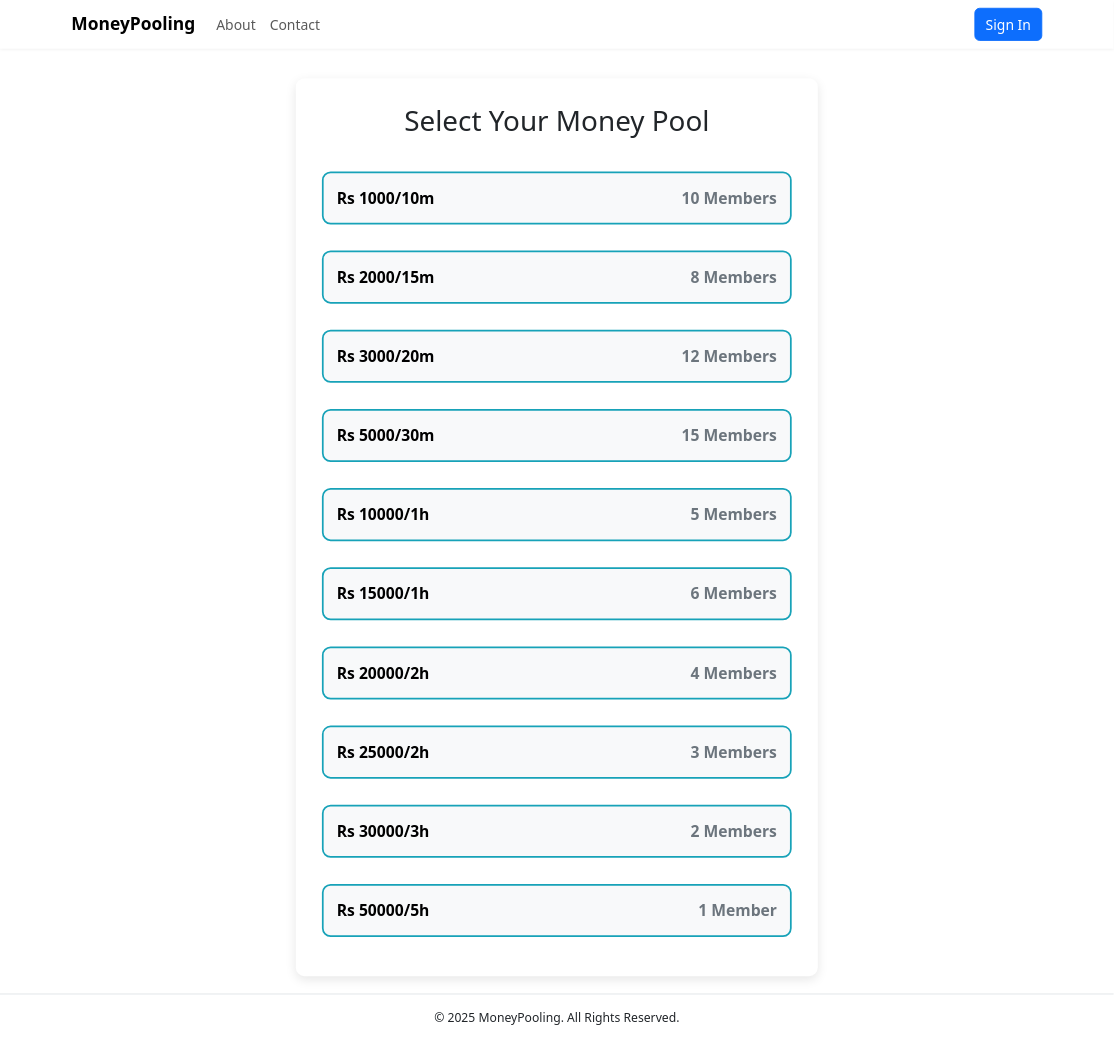
Repository: xxgautm420/MoneyPool
Page: templates/Index.html
The author's editor kept a copy of each file at every save. The page is drawn from the files as they stood at one save, then again after a run of saves.
The browser window is 1280 px wide. The pictures show the whole page, at 87% of full size.
The page is served by the project's application, run on Flask 3 (app.py). The template is opened directly, without the code that normally fills it, so the values that code supplies are empty.

Above is the page before, as saved 2025-03-02 09:06:00.

After the next 3 saves:
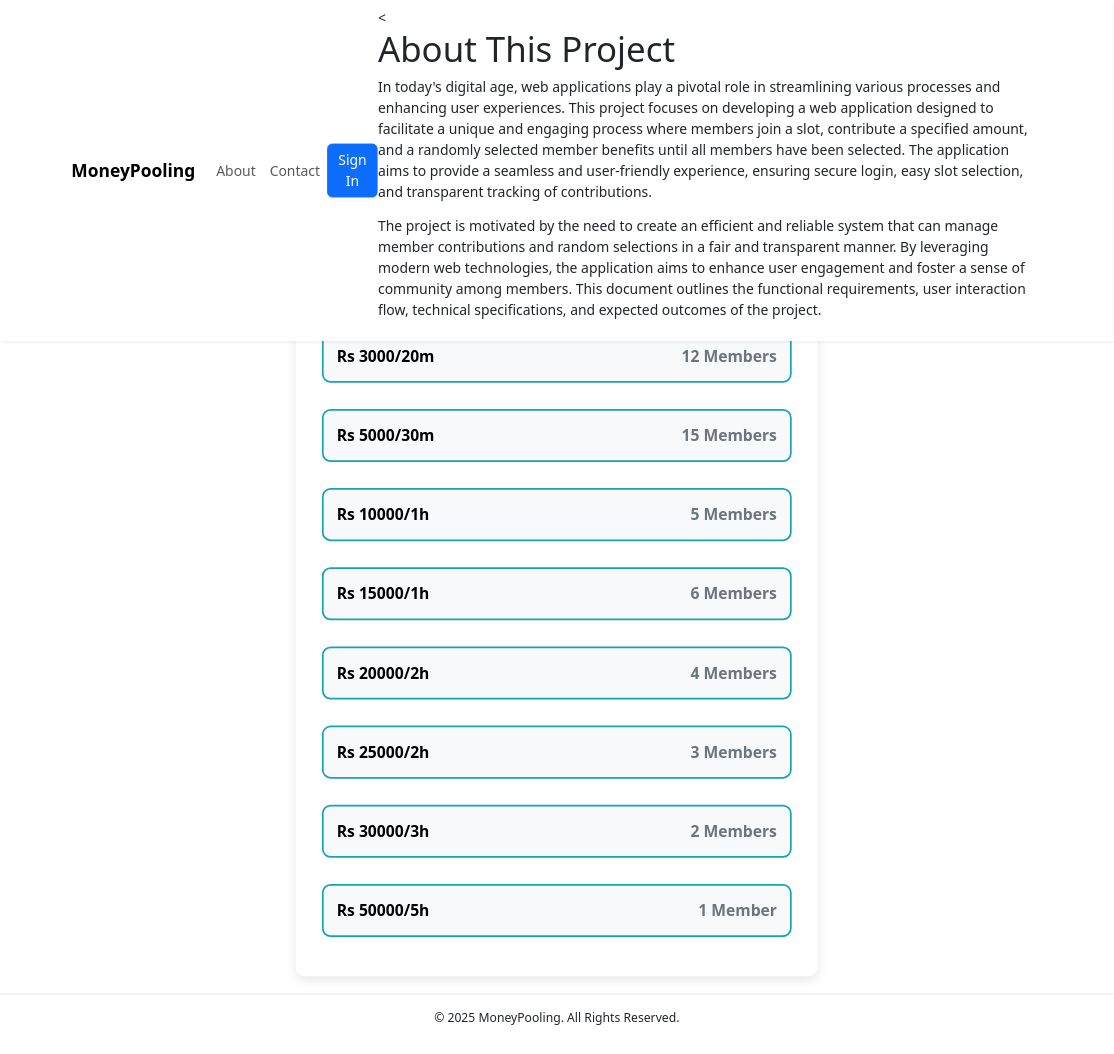
The 3 saves are shown as one change because they came seconds apart.
The last was saved 86 s later.
--- a/templates/Index.html
+++ b/templates/Index.html
@@ -30,7 +30,8 @@
 
 
     <main>
-        <section id="about" style="display: none;">
+        <
+        <section>
             <h1>About This Project</h1>
             <p>In today's digital age, web applications play a pivotal role in streamlining various processes and enhancing user experiences. This project focuses on developing a web application designed to facilitate a unique and engaging process where members join a slot, contribute a specified amount, and a randomly selected member benefits until all members have been selected. The application aims to provide a seamless and user-friendly experience, ensuring secure login, easy slot selection, and transparent tracking of contributions.</p>
             <p>The project is motivated by the need to create an efficient and reliable system that can manage member contributions and random selections in a fair and transparent manner. By leveraging modern web technologies, the application aims to enhance user engagement and foster a sense of community among members. This document outlines the functional requirements, user interaction flow, technical specifications, and expected outcomes of the project.</p>
